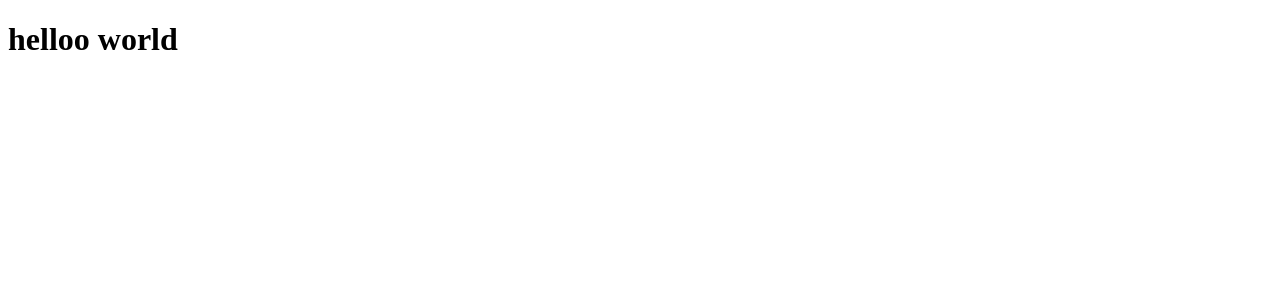
Repository: priyankanandre/Namste-React
Page: index.html
These files come from the project's save history. The page is drawn as it stood at one moment and after the next save; the edit follows.
The browser window is 1280 px wide. The pictures show the whole page.

Above is the page before, as saved 2024-02-21 14:38:48.
Console error: ReferenceError: ReactDom is not defined

### index.html
<!DOCTYPE html>
<html lang="en">
<head>
    <meta charset="UTF-8">
    <meta name="viewport" content="width=device-width, initial-scale=1.0">
    <title>Document</title>
</head>
<body>
    <h1>helloo world</h1>
    <div id="root"></div>
    <script crossorigin src="https://unpkg.com/react@18/umd/react.development.js"></script>
    <script crossorigin src="https://unpkg.com/react-dom@18/umd/react-dom.development.js"></script>
    <script>
        const heading = React.createElement("h1",{},"Hello World from React");
        const root = ReactDom.createRoot(document.getElementById('root'));
        root.render(heading);
    </script>
</body>
</html>

After the next save:
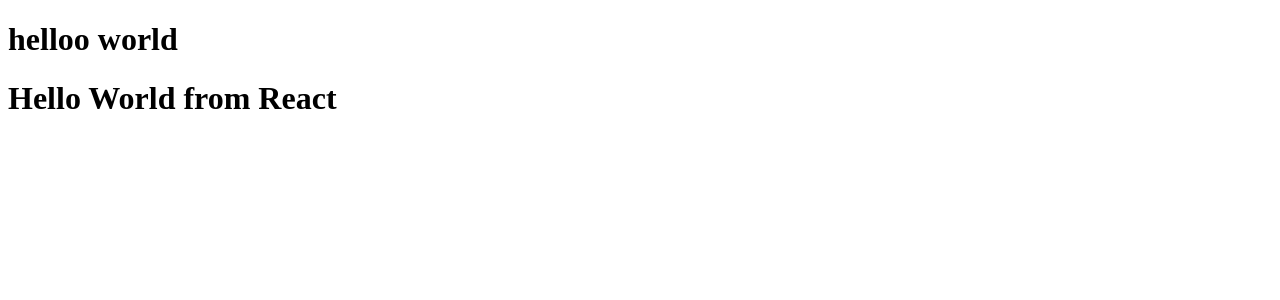
The error is gone.
Saved 55 min 48 s later.
--- a/index.html
+++ b/index.html
@@ -12,7 +12,7 @@
     <script crossorigin src="https://unpkg.com/react-dom@18/umd/react-dom.development.js"></script>
     <script>
         const heading = React.createElement("h1",{},"Hello World from React");
-        const root = ReactDom.createRoot(document.getElementById('root'));
+        const root = ReactDOM.createRoot(document.getElementById('root'));
         root.render(heading);
     </script>
 </body>
